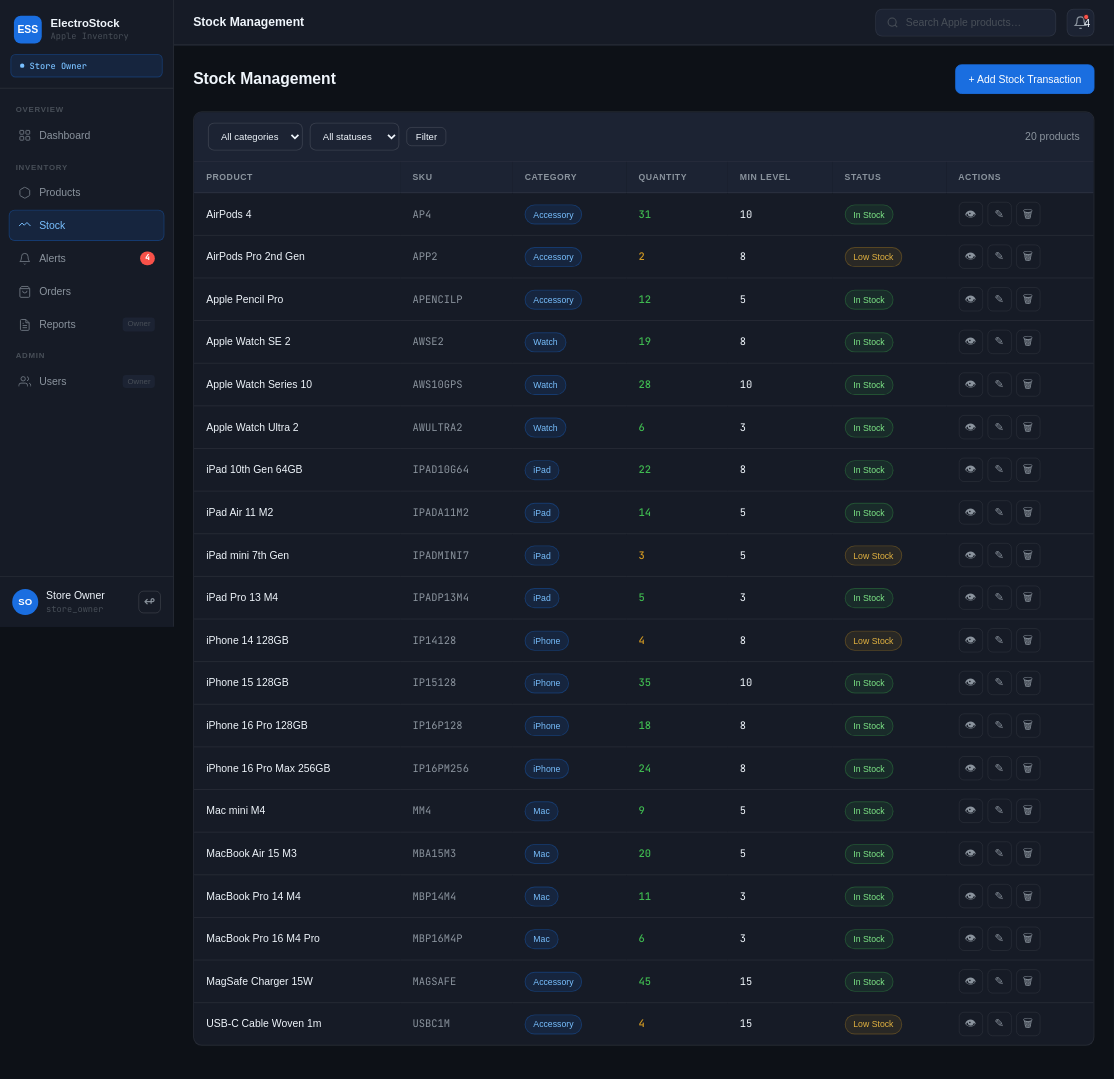
Repository: aayushaabsnss-web/ElectroStock-Solutions
Page: http://localhost/ESS/stock/index.php
These files come from the project's save history. The page is drawn as it stood at one moment and after the next save; the edit follows.
The browser window is 1280 px wide. The pictures show the whole page, at 87% of full size.
Some web fonts or font styles are not loaded; a fallback is used. The page is run by PHP 8.4 with error messages shown; the project is at /var/www/html/. The session is filled in as if someone had signed in: {"uid": 1, "name": "Store Owner", "role": "store_owner"}. The database holds what the project's SQL file puts in it.

Above is the page before, as saved 2026-05-12 20:10:24.

After the next save:
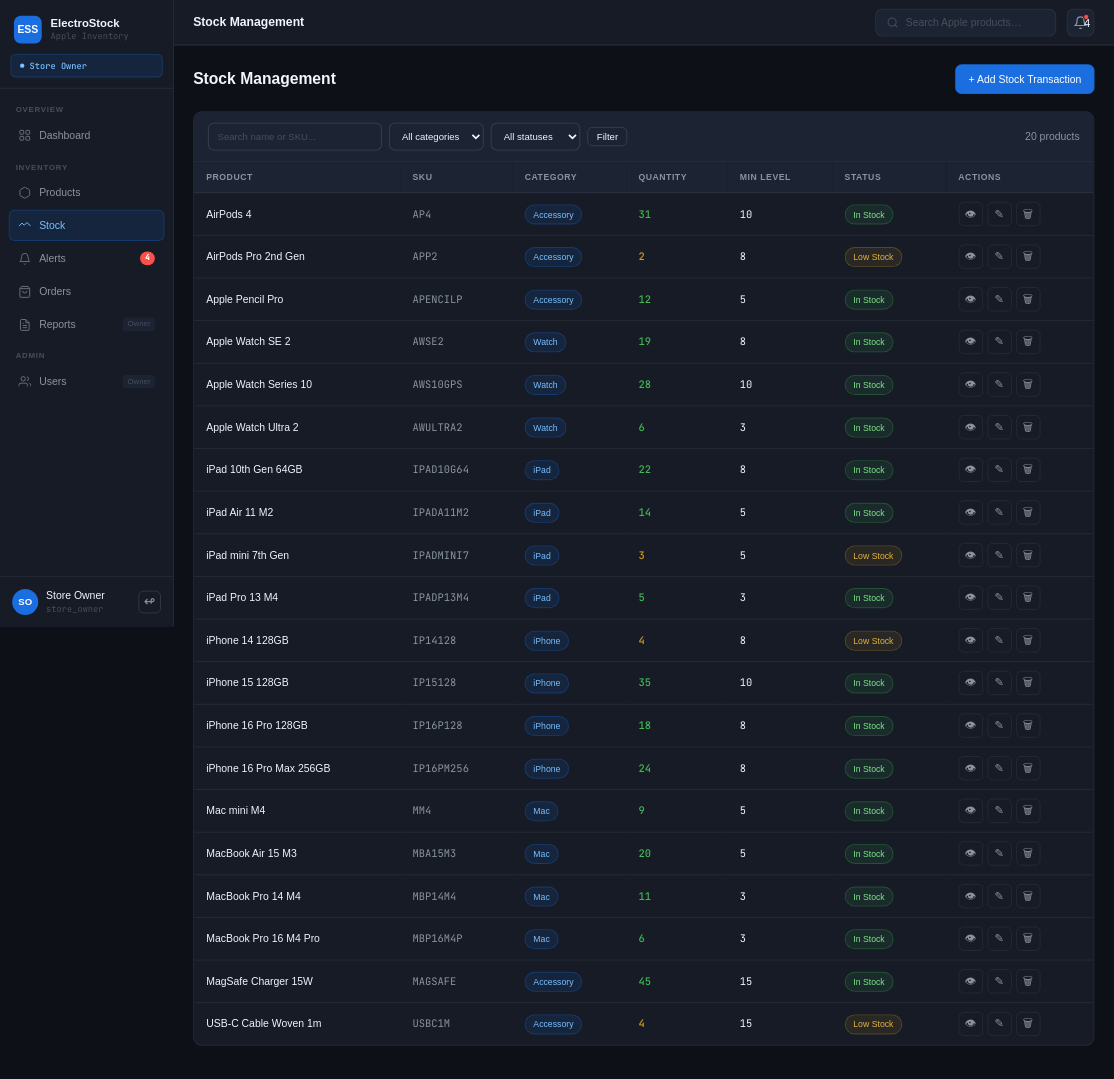
Saved 2 min 26 s later.
--- a/stock/index.php
+++ b/stock/index.php
@@ -1,32 +1,33 @@
 <?php
 /**
  * stock/index.php — Stock Levels (Presentation Layer)
- * Shows all products with stock info. Filter by category and status.
- * Each row has View, Edit (update stock), Delete actions.
+ * Shows all products with stock info. Search, filter by category and status.
  */
 $t = "Stock Management"; $a = "stock";
 require_once "../includes/header.php";
 include  "../includes/flash.php";
 
-$cat    = $_GET["cat"]    ?? "";
-$status = $_GET["status"] ?? "";
+$q      = trim($_GET["q"]      ?? "");
+$cat    = $_GET["cat"]         ?? "";
+$status = $_GET["status"]      ?? "";
 
 $where = ["is_active=1"];
-if($cat) $where[] = "category='".mysqli_real_escape_string($conn,$cat)."'";
+if($q)      $where[] = "(name LIKE '%".mysqli_real_escape_string($conn,$q)."%' OR sku LIKE '%".mysqli_real_escape_string($conn,$q)."%')";
+if($cat)    $where[] = "category='".mysqli_real_escape_string($conn,$cat)."'";
 if($status === "in")  $where[] = "quantity > min_qty";
 if($status === "low") $where[] = "quantity > 0 AND quantity <= min_qty";
 if($status === "out") $where[] = "quantity = 0";
 
-$sql = "SELECT id, name, sku, category, quantity, min_qty,
-        CASE
-          WHEN quantity = 0        THEN 'Out of Stock'
-          WHEN quantity <= min_qty THEN 'Low Stock'
-          ELSE                          'In Stock'
-        END AS stock_status
-        FROM products WHERE ".implode(" AND ",$where)." ORDER BY name";
+$products = mysqli_query($conn,
+    "SELECT id, name, sku, category, quantity, min_qty,
+            CASE
+              WHEN quantity = 0        THEN 'Out of Stock'
+              WHEN quantity <= min_qty THEN 'Low Stock'
+              ELSE                          'In Stock'
+            END AS stock_status
+     FROM products WHERE ".implode(" AND ",$where)." ORDER BY name");
 
-$products = mysqli_query($conn, $sql);
-$total    = mysqli_num_rows($products);
+$total = mysqli_num_rows($products);
 ?>
 <div class="page-hdr">
   <h1>Stock Management</h1>
@@ -34,6 +35,7 @@
 </div>
 <div class="card">
   <form method="GET" class="filter-bar">
+    <input type="text" name="q" class="fc" placeholder="Search name or SKU..." value="<?= h($q) ?>" style="width:200px">
     <select name="cat" class="fc">
       <option value="">All categories</option>
       <?php foreach(["iPhone","Mac","iPad","Watch","Accessory"] as $c): ?>
@@ -47,7 +49,7 @@
       <option value="out" <?= $status==="out"?"selected":"" ?>>Out of Stock</option>
     </select>
     <button class="btn btn-outline btn-sm">Filter</button>
-    <?php if($cat||$status): ?>
+    <?php if($q||$cat||$status): ?>
     <a href="index.php" class="btn btn-outline btn-sm">Clear</a>
     <?php endif; ?>
     <span style="margin-left:auto;font-size:12px;color:var(--t2)"><?= $total ?> product<?= $total!==1?"s":"" ?></span>
@@ -79,7 +81,7 @@
       <td>
         <div style="display:flex;gap:5px">
           <a href="view.php?id=<?= $p["id"] ?>"  class="icon-btn" title="View">&#128065;</a>
-          <a href="edit.php?id=<?= $p["id"] ?>"  class="icon-btn" title="Edit stock level">&#9998;</a>
+          <a href="edit.php?id=<?= $p["id"] ?>"  class="icon-btn" title="Edit">&#9998;</a>
           <?php if(isOwner()): ?>
           <a href="delete.php?id=<?= $p["id"] ?>" class="icon-btn del" title="Delete"
              onclick="return confirm('Delete all stock records for <?= h(addslashes($p["name"])) ?>?')">&#128465;</a>
